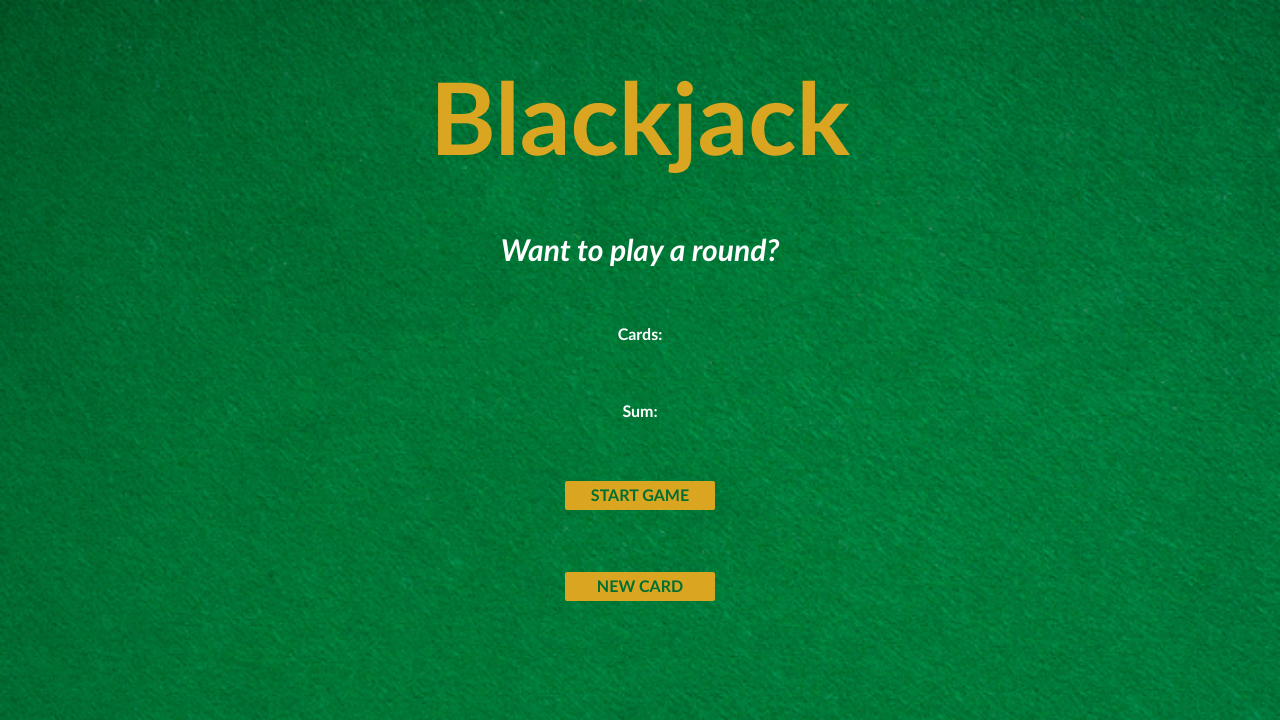
Repository: raghhavv03/javascript-practice
Page: task-5/index.html
These files come from the project's save history. The page is drawn as it stood at one moment and after a run of saves; the edit follows.
The browser window is 1280 px wide. The pictures show the whole page.

Above is the page before, as saved 2026-02-09 20:49:42.

### task-5/index.html
<!DOCTYPE html>
<html>
    <head>
        <link rel="stylesheet" href="https://cdnjs.cloudflare.com/ajax/libs/normalize/8.0.1/normalize.css">
        <link rel="stylesheet" href="./style.css">
        <script src="./index.js" defer></script>
        <title>Task 5</title>
    </head>
    <body>
        <p id="heading">Blackjack</p>

        <p id="message-el">Want to play a round?</p>
        <p id="cards-el">Cards:</p>
        <p id="sum-el">Sum:</p>

        <button onclick="startGame()">START GAME</button>
        <button onclick="newCard()">NEW CARD</button>

        <p id="player-el"></p>
    </body>
</html>

### task-5/style.css
* {
    margin: 0;
    padding: 0;
    box-sizing: border-box;
}

body {
    font-family: 'Trebuchet MS', 'Lucida Sans Unicode', 'Lucida Grande', Arial, sans-serif;
    background-image: url("images/table.png");
    background-size: cover;
    font-weight: bold;
    color: white;
    display: flex;
    flex-direction: column;
    justify-content: space-evenly;
    align-items: center;
    height: 100vh;
}

#heading {
    font-size: 100px;
    color: goldenrod;
}

#message-el {
    font-size: 30px;
    font-style: italic;
}

button {
    color: #016f32;
    width: 150px;
    background: goldenrod;
    padding-top: 5px;
    padding-bottom: 5px;
    font-weight: bold;
    border: none;
    border-radius: 2px;
    margin-bottom: 2px;
    margin-top: 2px;
}

### task-5/index.js
const cards = [
  { img: "./images/card-a.png", value: 11 },
  { img: "./images/card-2.png", value: 2 },
  { img: "./images/card-3.png", value: 3 },
  { img: "./images/card-4.png", value: 4 },
  { img: "./images/card-5.png", value: 5 },
  { img: "./images/card-6.png", value: 6 },
  { img: "./images/card-7.png", value: 7 },
  { img: "./images/card-8.png", value: 8 },
  { img: "./images/card-9.png", value: 9 },
  { img: "./images/card-10.png", value: 10 },
  { img: "./images/card-j.png", value: 10 },
  { img: "./images/card-q.png", value: 10 },
  { img: "./images/card-k.png", value: 10 }
]

After the next 5 saves:
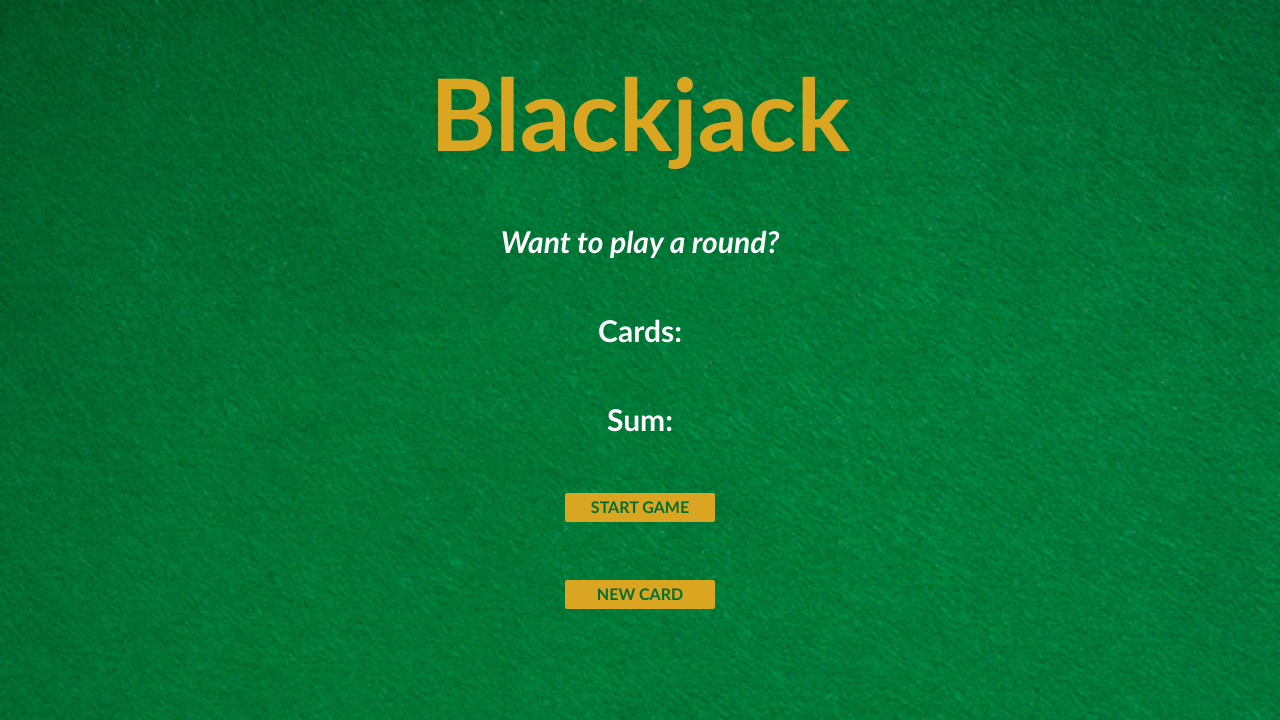
The 5 saves are shown as one change because they came seconds apart.
The last was saved 33 s later.
--- a/task-5/style.css
+++ b/task-5/style.css
@@ -27,6 +27,10 @@ body {
     font-style: italic;
 }
 
+#cards-el, #sum-el {
+    font-size: 30px;
+}
+
 button {
     color: #016f32;
     width: 150px;
